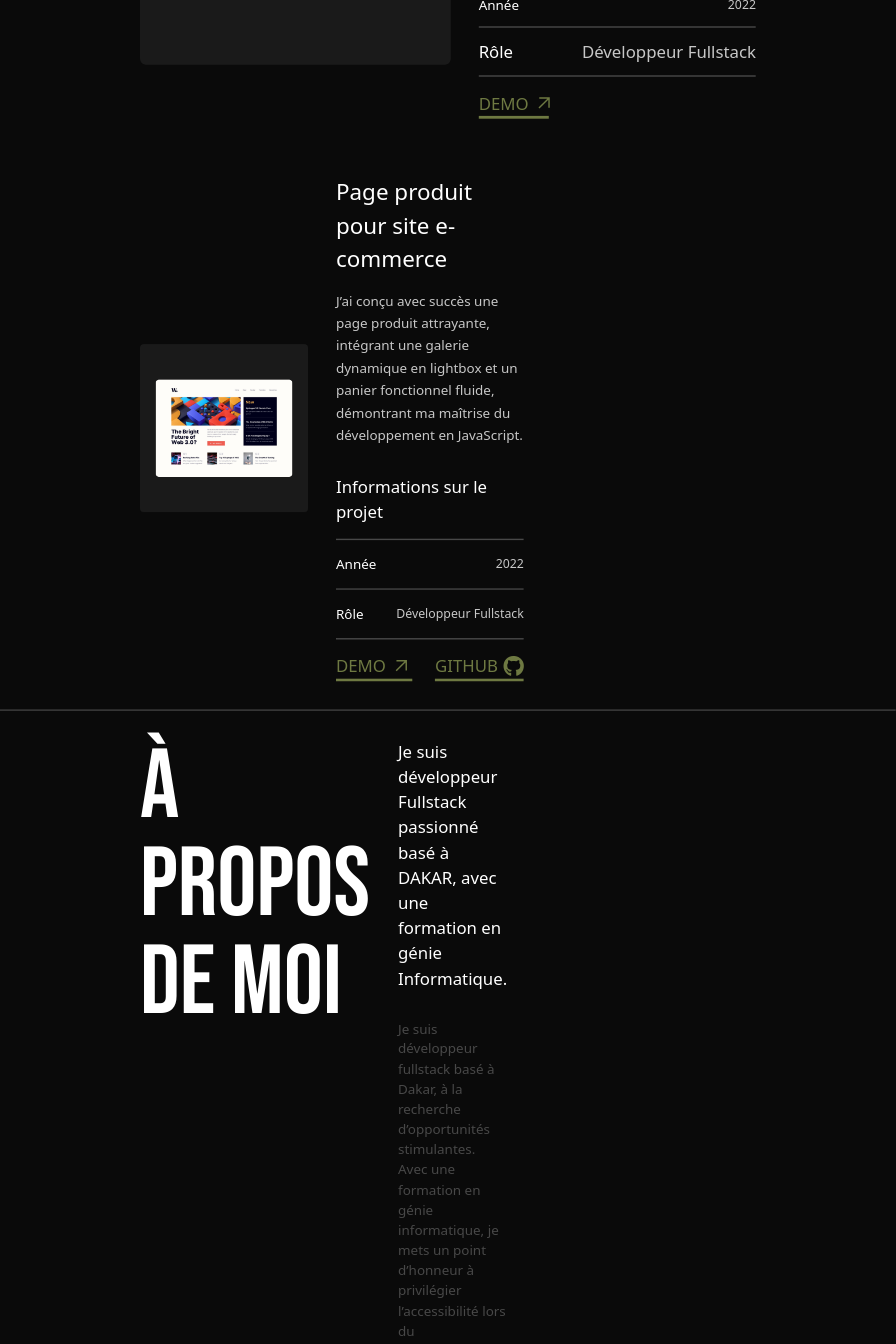
Repository: muslimdrame37-oss/Portfolio1
Page: src/index.html
The author's editor kept a copy of each file at every save. The page is drawn from the files as they stood at one save, then again after a run of saves.
The browser window is 1280 px wide. The pictures show the part of the page from y = 2321 to 4241 px (the page is 6003 px tall before and 6048 px after), at 70% of full size.
Some web fonts or font styles are not loaded; a fallback is used. Some web libraries are served in a nearby version.

Above is the page before, as saved 2026-02-11 16:24:18.

After the next 2 saves:
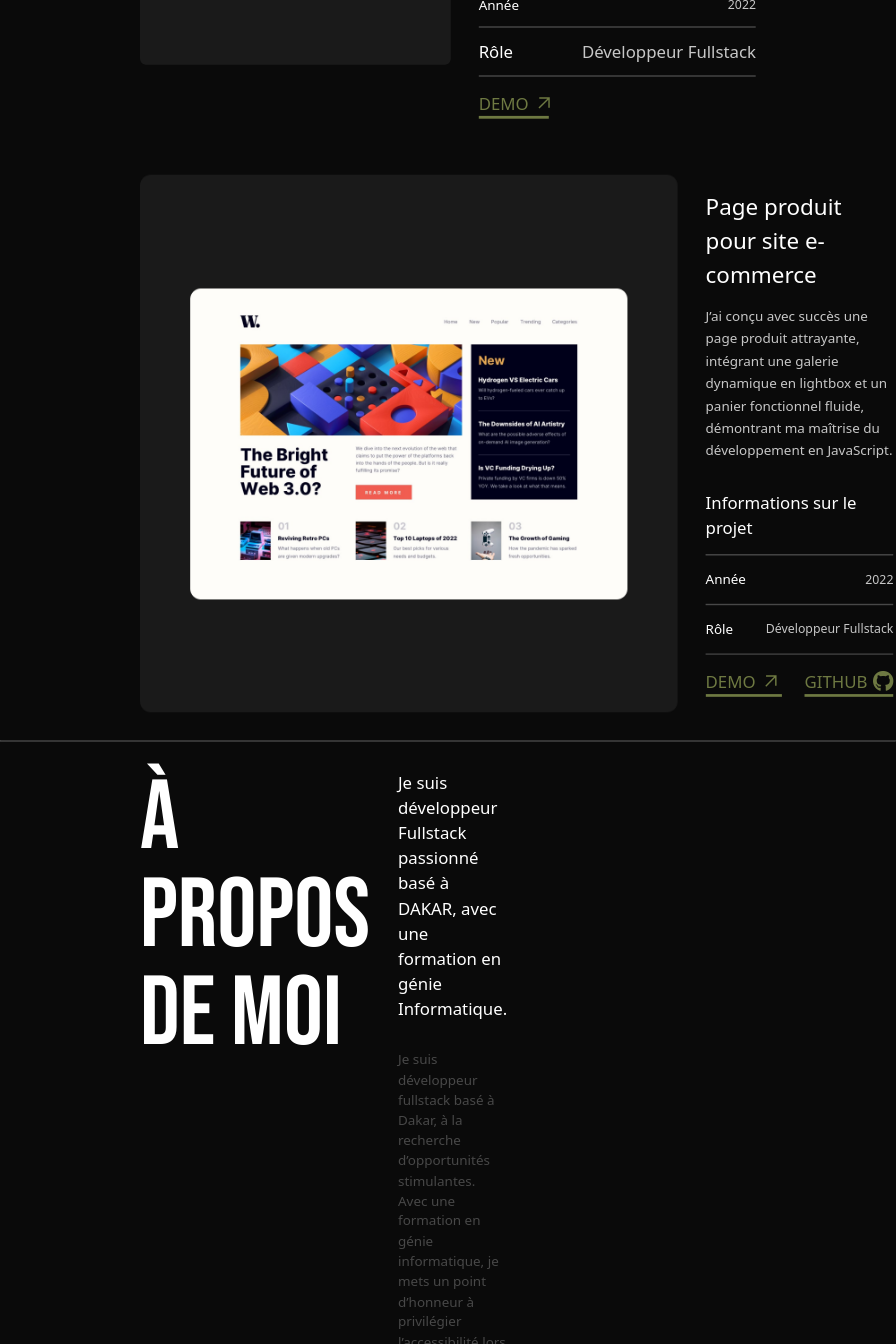
The 2 saves are shown as one change because they came seconds apart.
The last was saved 7 s later.
--- a/src/index.html
+++ b/src/index.html
@@ -194,7 +194,7 @@
 
         <!-- PROJET 3 -->
 
-        <section class="mt-20 flex flex-col px-8 gap-8 lg:gap-10 lg:flex-row lg:px-50 items-center lg:w-1/2">
+        <section class="mt-20 flex flex-col px-8 gap-8 lg:gap-10 lg:flex-row lg:px-50 items-center">
             <img src="image/image3.png" alt="" class="w-3xl">
             <div class="lg:w-200 flex flex-col gap-5">
                 <div class="flex flex-col gap-5">
